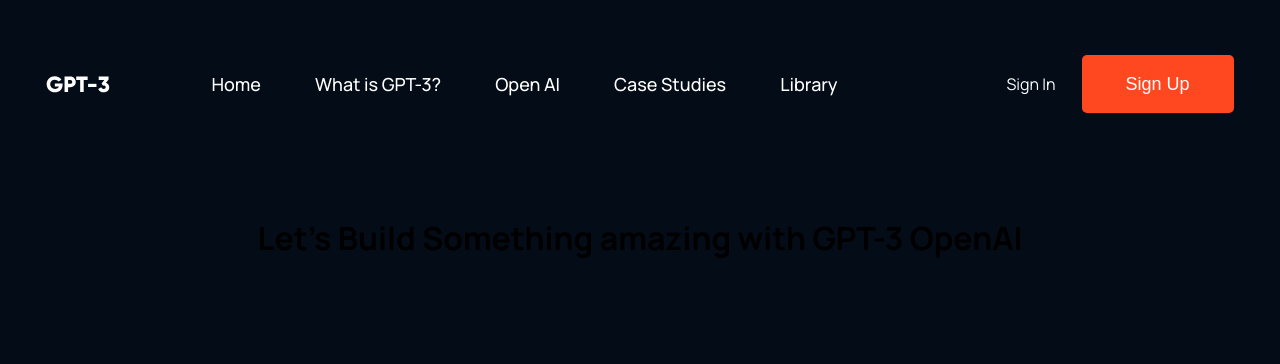
Repository: guilhermecardoso93/lp-gpt3
Page: index.html
An editor plug-in stored every save of this project. The page is shown before and after the next save, followed by the edit.
The browser window is 1280 px wide. The pictures show the whole page.

Above is the page before, as saved 2022-08-22 23:21:52.

### index.html
<!DOCTYPE html>
<html lang="pt-BR">

<head>
  <meta charset="UTF-8" />
  <meta http-equiv="X-UA-Compatible" content="IE=edge" />
  <meta name="viewport" content="width=device-width, initial-scale=1.0" />
  <link rel="stylesheet" href="style.css" />
  <title>LP-GPT3</title>
</head>

<body>
  <div class="container">
    <header>
      <div class="menu">
        <img src="./assets/logo.svg" alt="logo da LP-GPT3" />
        <nav>
          <ul>
            <li>
              <a href="">Home</a>
            </li>
            <li><a href="">What is GPT-3?</a></li>
            <li><a href="">Open AI</a></li>
            <li><a href="">Case Studies</a></li>
            <li><a href="">Library</a></li>
          </ul>
        </nav>
        <div class="login">
          <a href="#">Sign In</a>
          <button>Sign Up</button>
        </div>
      </div>

    </header>
    <div class="content">
      <div class="title">
        <h1>
          Let’s Build Something
          amazing with GPT-3
          OpenAI
        </h1>
      </div>
      <div>

      </div>
    </div>
  </div>
</body>

</html>

### style.css
@import url("https://fonts.googleapis.com/css2?family=Manrope:wght@400;500;700;800&family=Poppins:wght@400;500;700&display=swap");

* {
  margin: 0;
  padding: 0;
  box-sizing: border-box;
}

:root {
  --text-color-links: #fff;
  --color-button: #ff4820;
}

body {
  font-family: "Manrope", sans-serif;

  width: 100%;
  display: flex;
  flex-direction: column;
  align-items: center;
  justify-content: center;

  background-image: url(/assets/blur-background-left.png);
  background-repeat: no-repeat;
  background-position: top left;
  background: #040c18;
  overflow-x: hidden;
}

a {
  text-decoration: none;
  color: var(--text-color-links);
}

ul {
  list-style: none;
  display: flex;
  gap: 54px;
}

.container {
  display: flex;
  flex-direction: column;
  max-width: 1440px;
  margin-top: 55px;
  align-items: center;
  justify-content: center;
  justify-self: center;
}

header {
  display: flex;
  flex-direction: column;
  justify-content: space-between;
  align-items: center;
  width: 100%;
  gap: 2rem;
}

.menu {
  display: flex;
  align-items: center;
  justify-content: space-between;
  width: 100%;
  gap: 2rem;
}

.menu nav ul li {
  font-weight: 500;
  font-size: 18px;
  line-height: 25px;
}

.menu nav ul li a:hover {
  border-bottom: 1px solid var(--text-color-links);
}

.menu img {
  padding-right: 69px;
}

.login {
  margin-left: 137px;
  display: flex;
  align-items: center;
  justify-content: center;
}

.login > button {
  margin-left: 26px;
  width: 152px;
  height: 58px;

  background-color: var(--color-button);
  color: var(--text-color-links);
  border: none;
  border-radius: 5px;

  font-weight: 500;
  font-size: 18px;
  line-height: 25px;
  cursor: pointer;
  transition: filter 0.2s;
}

.login > button:hover {
  filter: brightness(0.5);
}

.content {
  display: flex;
  align-items: space-between;
  flex-direction: column;
  padding-top: 103px;
  position: relative;
}

### assets/logo.svg
<svg width="64" height="17" viewBox="0 0 64 17" fill="none" xmlns="http://www.w3.org/2000/svg">
<path d="M16.5659 7.41999V8.73999C16.5659 11.0427 15.8472 12.8833 14.4099 14.262C12.9872 15.626 11.1759 16.308 8.97591 16.308C6.58525 16.308 4.59791 15.538 3.01391 13.998C1.44458 12.458 0.659912 10.566 0.659912 8.32199C0.659912 6.07799 1.43725 4.17866 2.99191 2.62399C4.56125 1.06933 6.47525 0.291992 8.73391 0.291992C10.1712 0.291992 11.4839 0.614659 12.6719 1.25999C13.8746 1.90533 14.8059 2.75599 15.4659 3.81199L12.4739 5.52799C12.1366 4.99999 11.6306 4.56733 10.9559 4.22999C10.2959 3.89266 9.54791 3.72399 8.71191 3.72399C7.40658 3.72399 6.32125 4.15666 5.45591 5.02199C4.60525 5.88733 4.17991 6.99466 4.17991 8.34399C4.17991 9.67866 4.61991 10.7713 5.49991 11.622C6.37991 12.458 7.55325 12.876 9.01991 12.876C11.0586 12.876 12.3712 12.084 12.9579 10.5H8.84391V7.41999H16.5659Z" fill="white"/>
<path d="M24.3804 0.599992C25.891 0.599992 27.167 1.11333 28.2084 2.13999C29.2497 3.16666 29.7704 4.41333 29.7704 5.87999C29.7704 7.34666 29.2497 8.59333 28.2084 9.61999C27.167 10.6467 25.891 11.16 24.3804 11.16H22.0704V16H18.5504V0.599992H24.3804ZM24.3804 7.85999C24.923 7.85999 25.3704 7.66933 25.7224 7.28799C26.0744 6.90666 26.2504 6.43733 26.2504 5.87999C26.2504 5.32266 26.0744 4.85333 25.7224 4.47199C25.3704 4.09066 24.923 3.89999 24.3804 3.89999H22.0704V7.85999H24.3804Z" fill="white"/>
<path d="M41.6521 0.599992V3.98799H37.6921V16H34.1721V3.98799H30.2121V0.599992H41.6521Z" fill="white"/>
<path d="M42.0973 11.006V7.83799H50.4573V11.006H42.0973Z" fill="white"/>
<path d="M59.9393 6.84799C60.9219 7.18533 61.7139 7.73533 62.3153 8.49799C62.9166 9.24599 63.2173 10.1333 63.2173 11.16C63.2173 12.7733 62.6746 14.0347 61.5893 14.944C60.5039 15.8533 59.1766 16.308 57.6073 16.308C56.3899 16.308 55.2973 16.0293 54.3293 15.472C53.3759 14.9147 52.6719 14.0933 52.2173 13.008L55.2533 11.248C55.6346 12.3333 56.4193 12.876 57.6073 12.876C58.2966 12.876 58.8173 12.7147 59.1693 12.392C59.5213 12.0693 59.6973 11.6587 59.6973 11.16C59.6973 10.6613 59.5213 10.2507 59.1693 9.92799C58.8173 9.60533 58.2966 9.44399 57.6073 9.44399H56.8813L55.5393 7.44199L58.3333 3.89999H52.7013V0.599992H62.6013V3.45999L59.9393 6.84799Z" fill="white"/>
</svg>

After the next save:
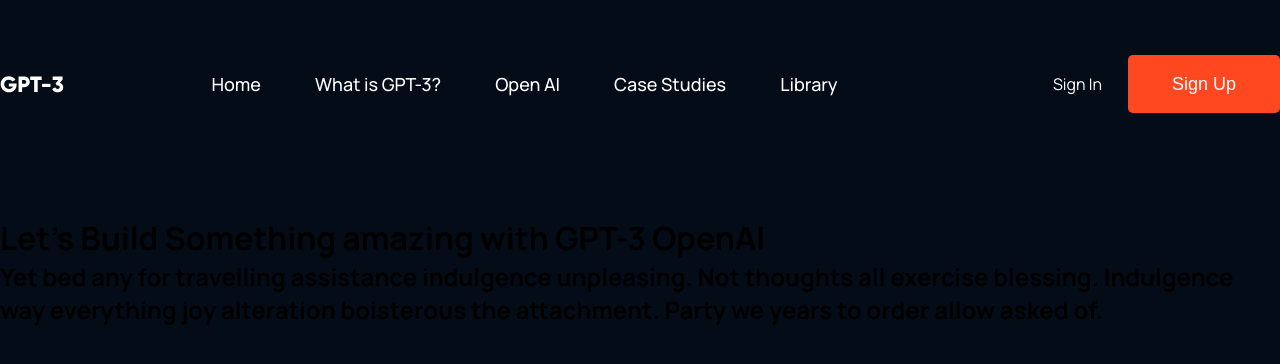
Saved 83 s later.
--- a/index.html
+++ b/index.html
@@ -39,6 +39,9 @@
           amazing with GPT-3
           OpenAI
         </h1>
+        <h2>
+          Yet bed any for travelling assistance indulgence unpleasing. Not thoughts all exercise blessing. Indulgence way everything joy alteration boisterous the attachment. Party we years to order allow asked of.
+        </h2>
       </div>
       <div>
 
